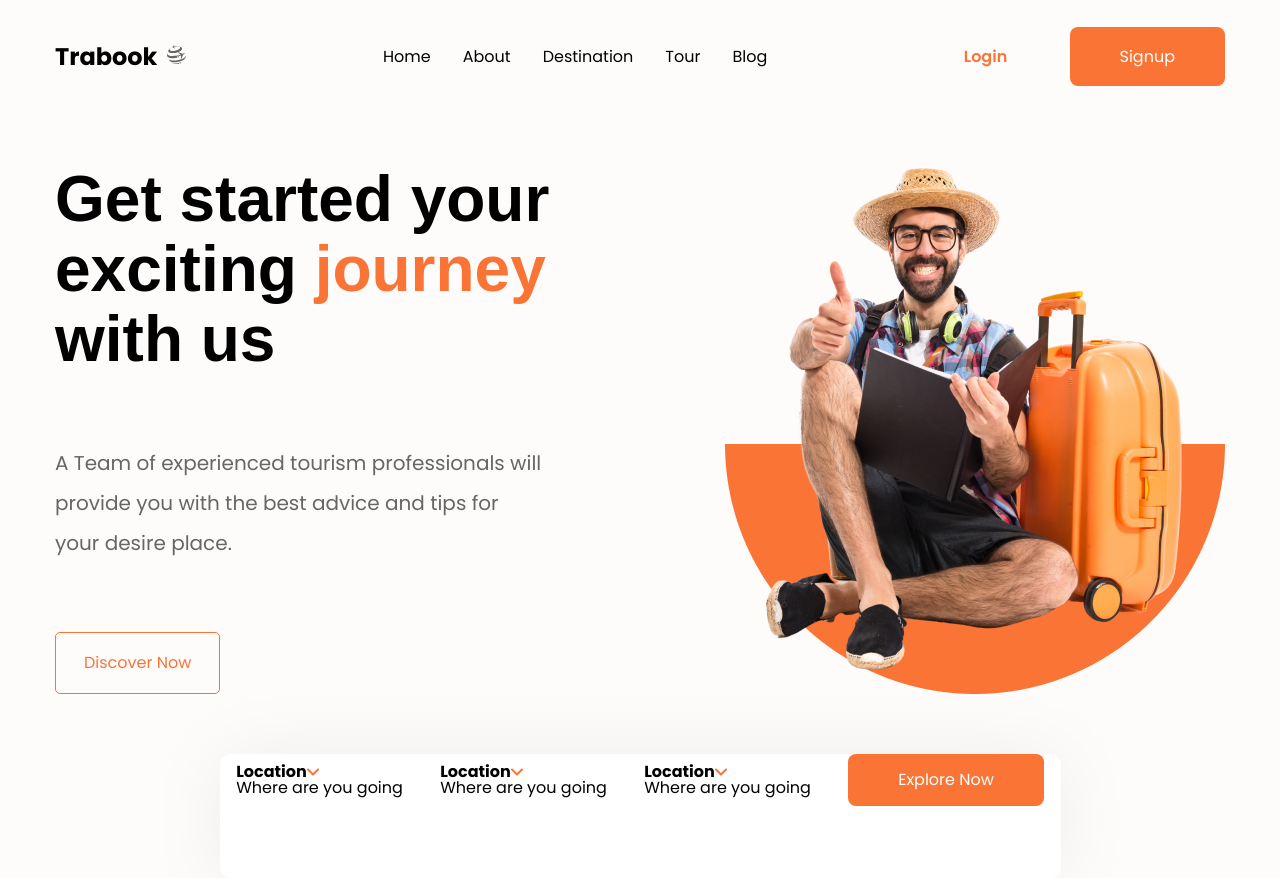
Repository: phobo99/phobo99.github.io
Page: Trabook/index.html
The author's editor kept a copy of each file at every save. The page is drawn from the files as they stood at one save, then again after the next save.
The browser window is 1280 px wide. The pictures show the whole page.
Some web fonts or font styles are not loaded; a fallback is used. Some web libraries are served in a nearby version. The style sheet was rebuilt from its Sass, Less or Tailwind sources for each picture, by a compiler version that may differ from the author's.

Above is the page before, as saved 2022-06-18 23:08:45.

After the next save:
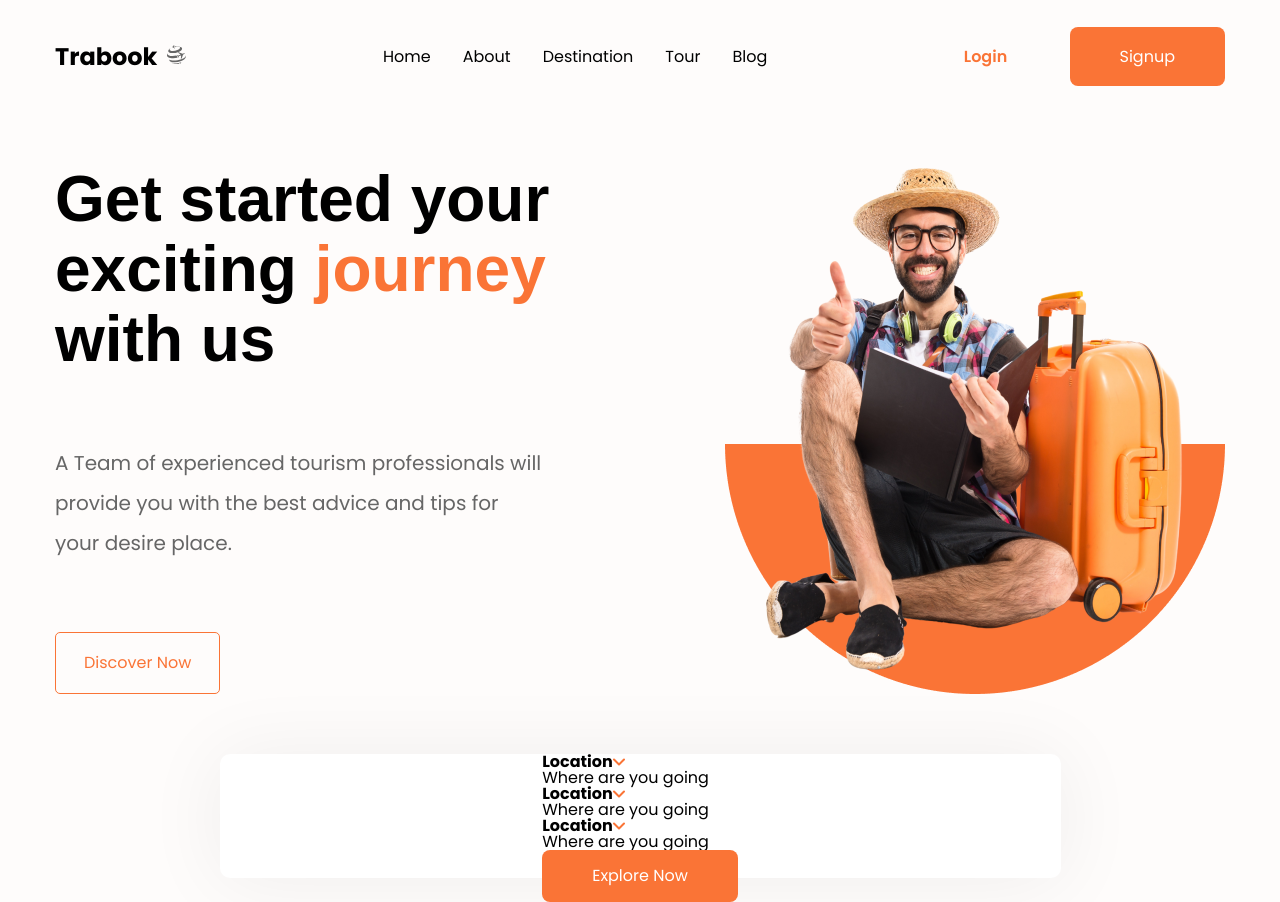
Saved 17 s later.
--- a/Trabook/style.scss
+++ b/Trabook/style.scss
@@ -136,10 +136,8 @@ h1 {
       border-radius: 10px;
       .list-search {
         display: grid;
-        grid-auto-flow: column;
-        gap: 4px;
-        align-items: center;
-        justify-items: center;
+        grid-template-columns: 4, 1fr;
+        justify-content: center;
         .item-search {
           display: flex;
           flex-direction: column;
